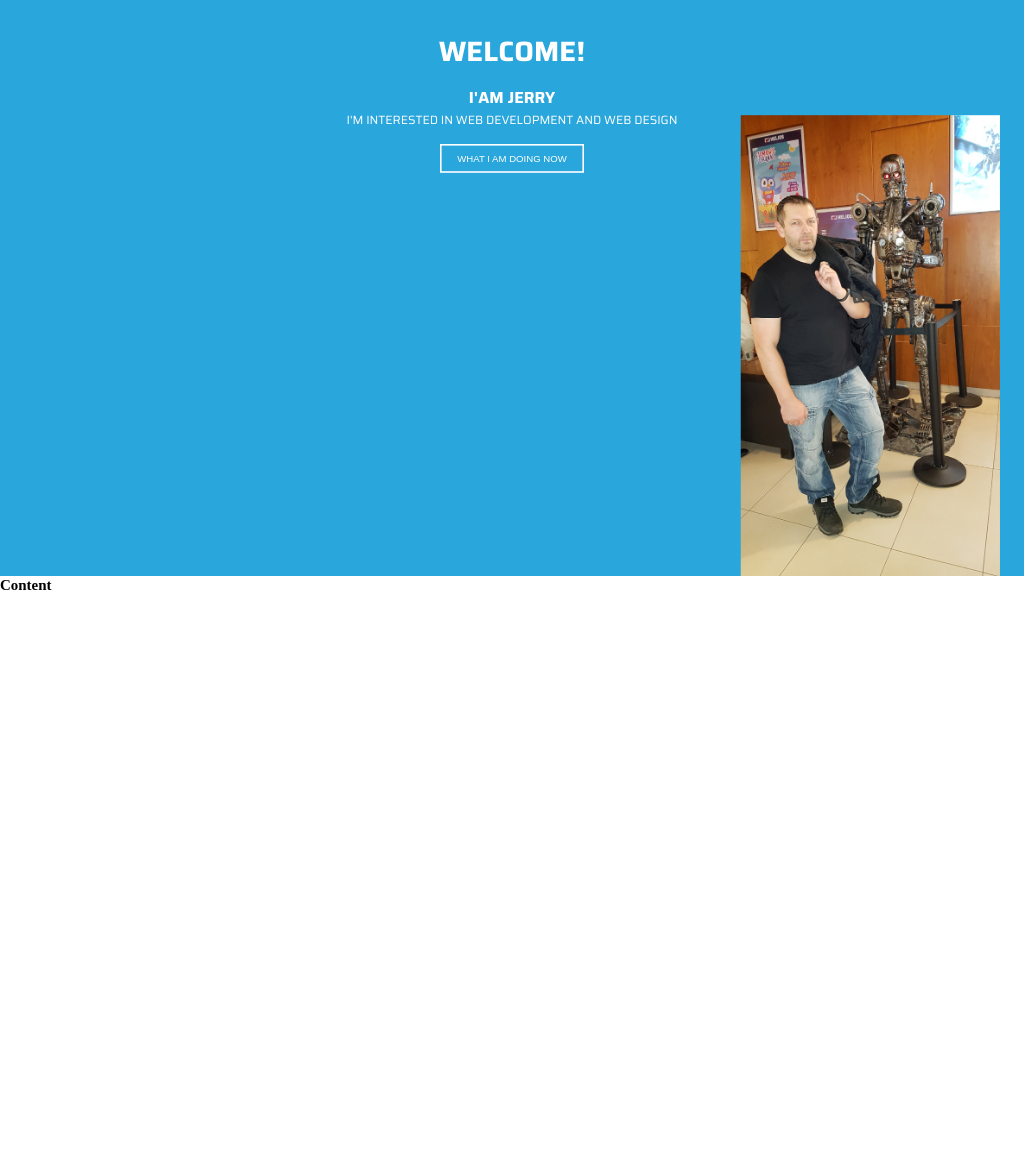
Repository: navanweb/dev
Page: jerry.html
These files come from the project's save history. The page is drawn as it stood at one moment and after the next save; the edit follows.
The browser window is 1280 px wide. The pictures show the whole page, at 80% of full size.

Above is the page before, as saved 2019-04-06 19:46:39.

After the next save:
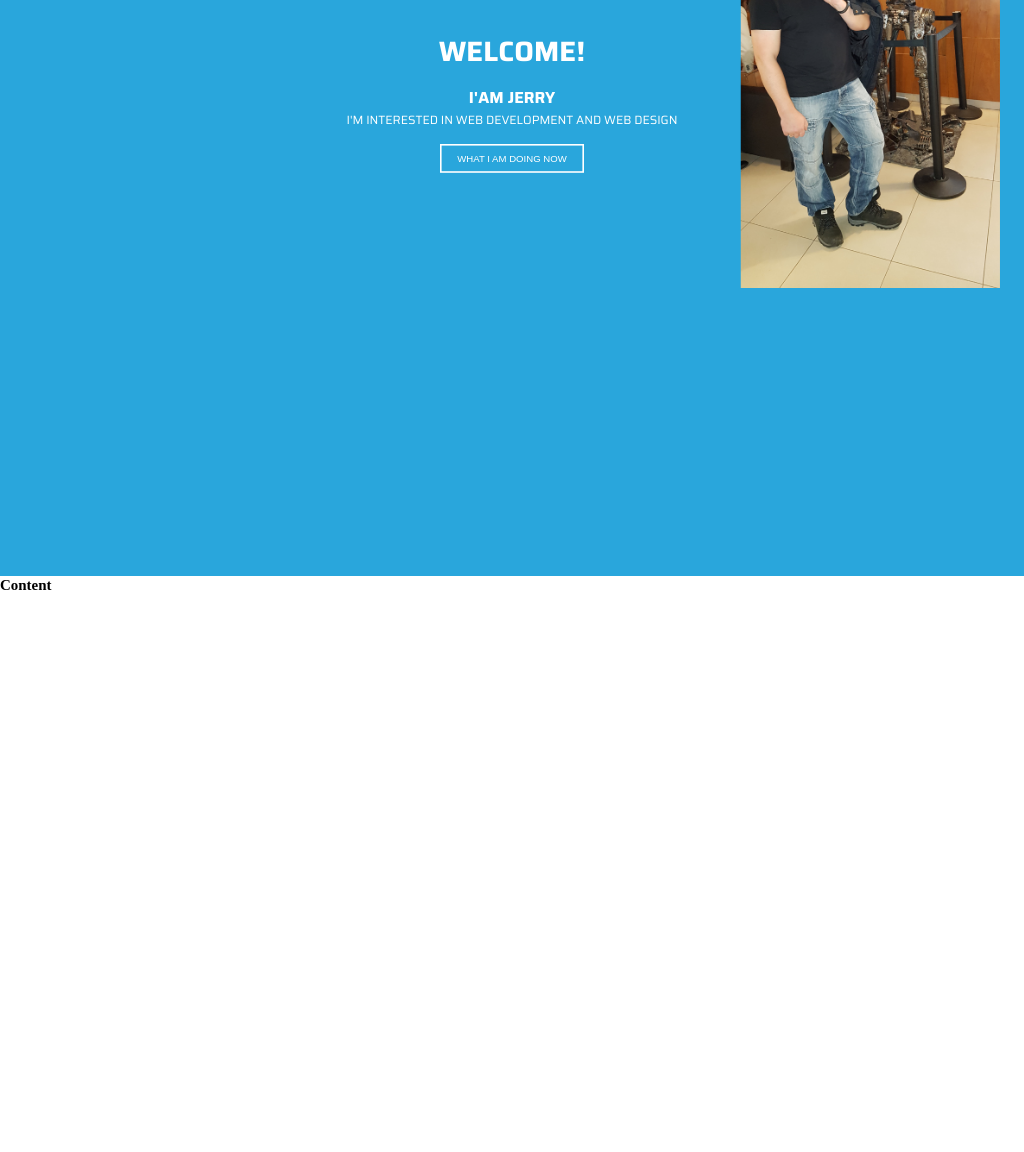
Saved 29 s later.
--- a/css/jerry.css
+++ b/css/jerry.css
@@ -62,7 +62,7 @@
 @media (orientation:landscape) {
     header img {
         height: 80%;
-        bottom: 0;
+        bottom: 50%;
         right: 15%;
     }
 

After the save that followed:
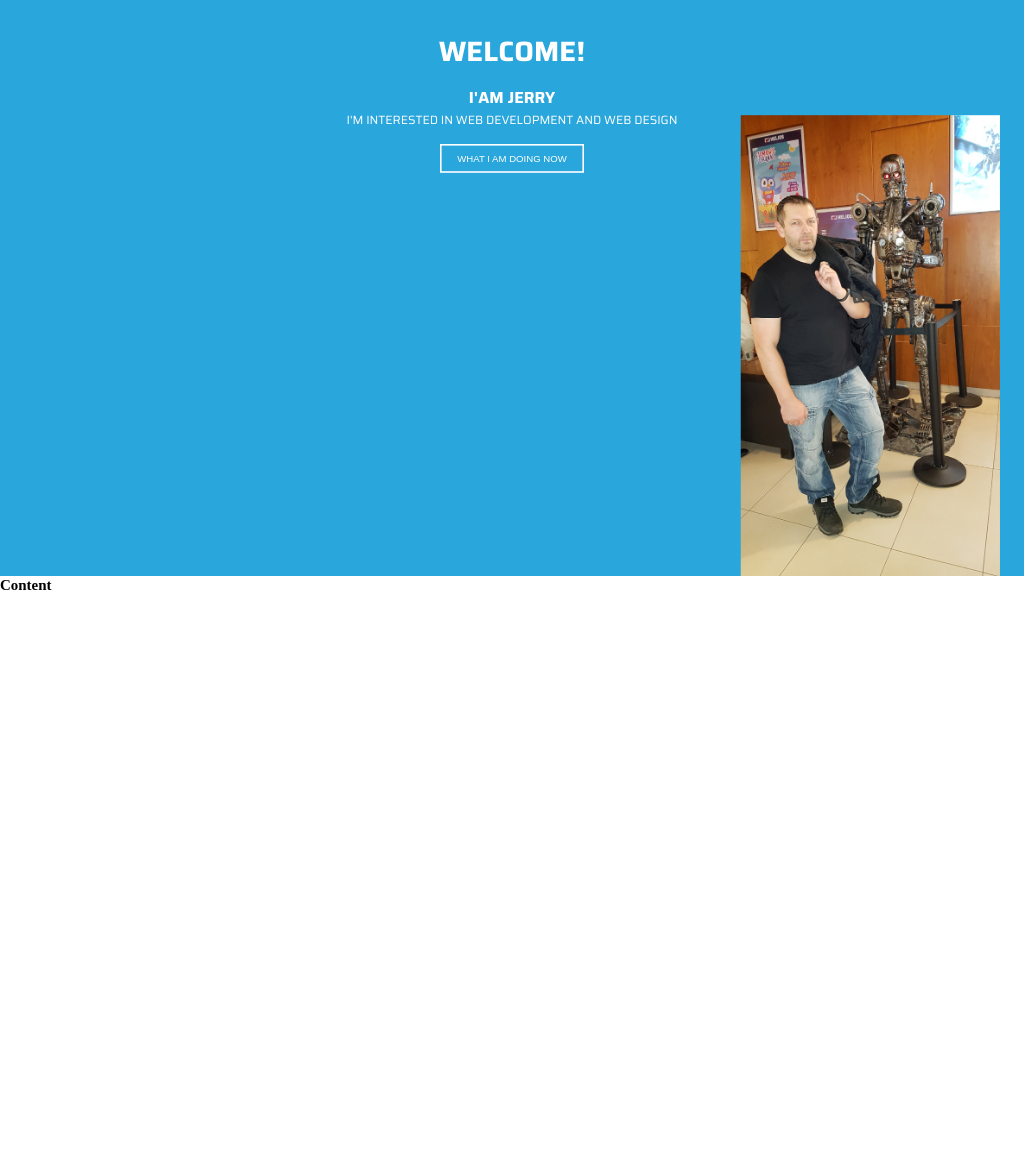
Saved 13 s later.
--- a/css/jerry.css
+++ b/css/jerry.css
@@ -62,7 +62,7 @@
 @media (orientation:landscape) {
     header img {
         height: 80%;
-        bottom: 50%;
+        bottom: 0;
         right: 15%;
     }
 
